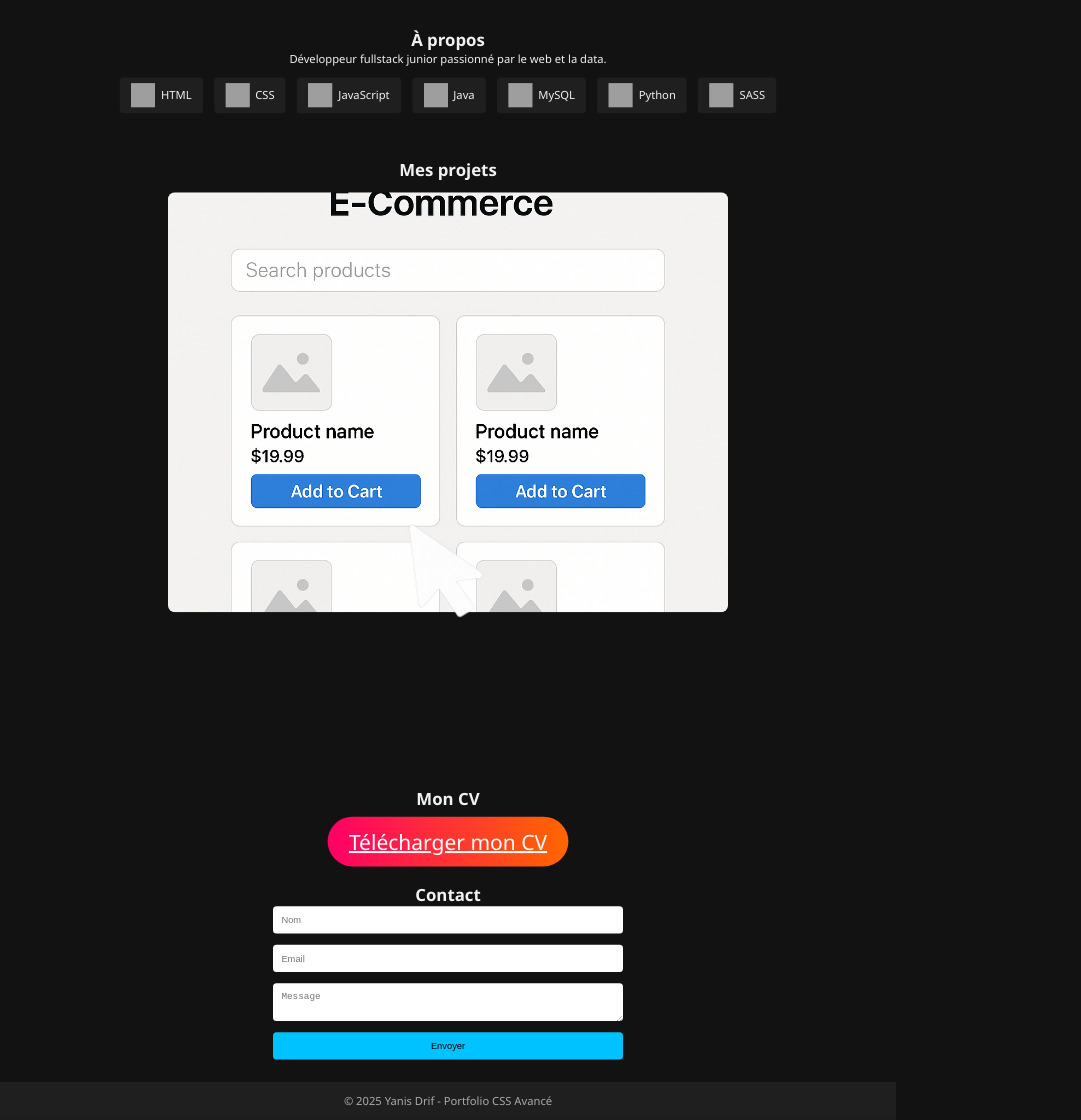
Repository: Yxniiss/ProjetCssAvance
Page: OneDrive/Bureau/Portfolio DrifYanis/home.html
An editor plug-in stored every save of this project. The page is shown before and after the next save, followed by the edit.
The browser window is 1280 px wide. The page is 1544 px wide, so the pictures cover 1544 px, including what lies to the right of the window. The pictures show the part of the page from y = 824 to 2424 px (the page is 2424 px tall), at 70% of full size.
Pictures or frames that could not be fetched are drawn as grey boxes.

Above is the page before, as saved 2025-04-10 11:36:55.
Console error: TypeError: Cannot set properties of null (setting 'textContent')

After the next save:
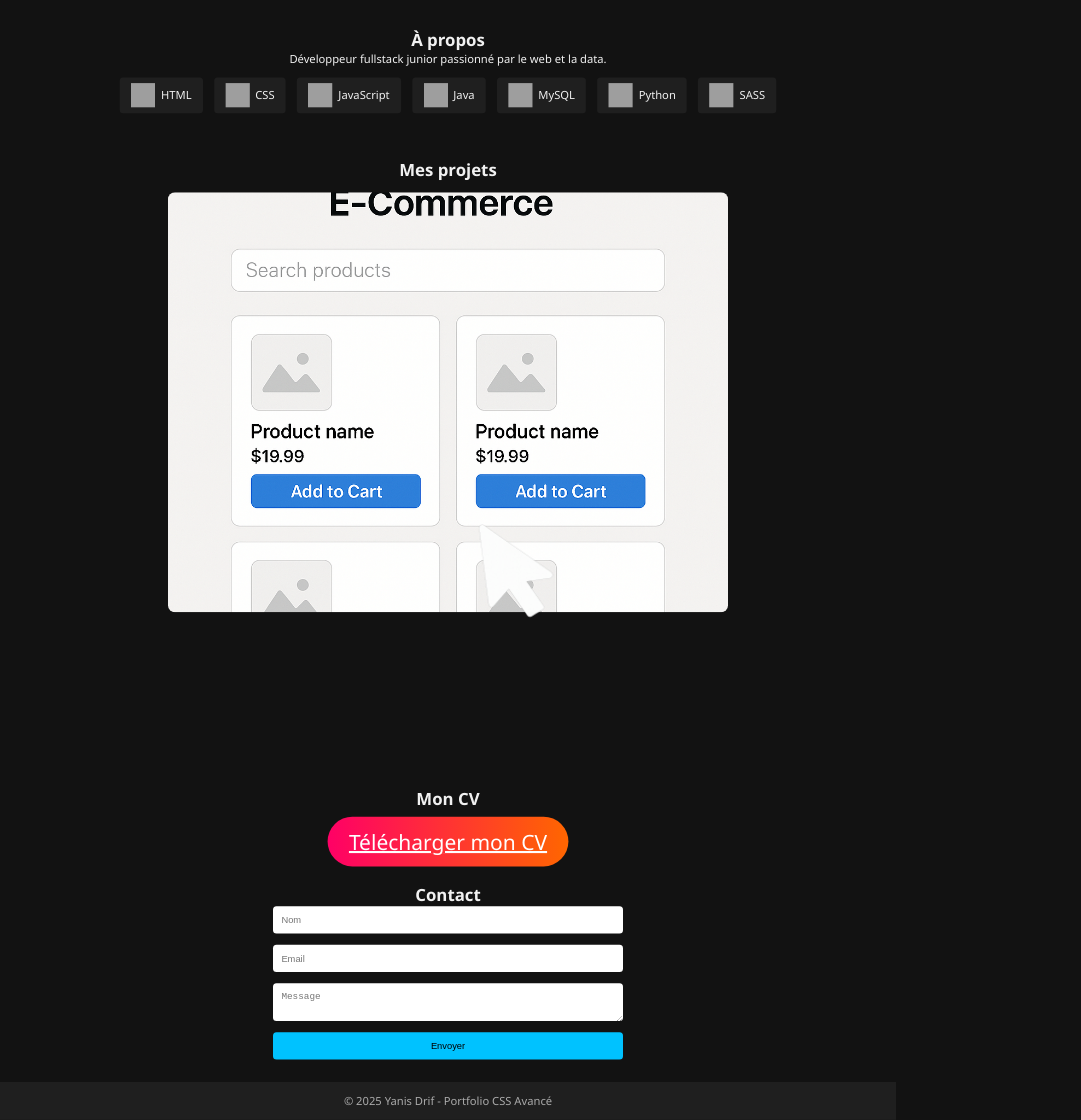
Saved 24 s later.
--- a/OneDrive/Bureau/Portfolio DrifYanis/style.css
+++ b/OneDrive/Bureau/Portfolio DrifYanis/style.css
@@ -86,7 +86,8 @@
   .cursor2 img{
     width: 180px;
     position:relative;
-    bottom:150px
+    bottom:150px;
+    left:100px;
 
   }
 
